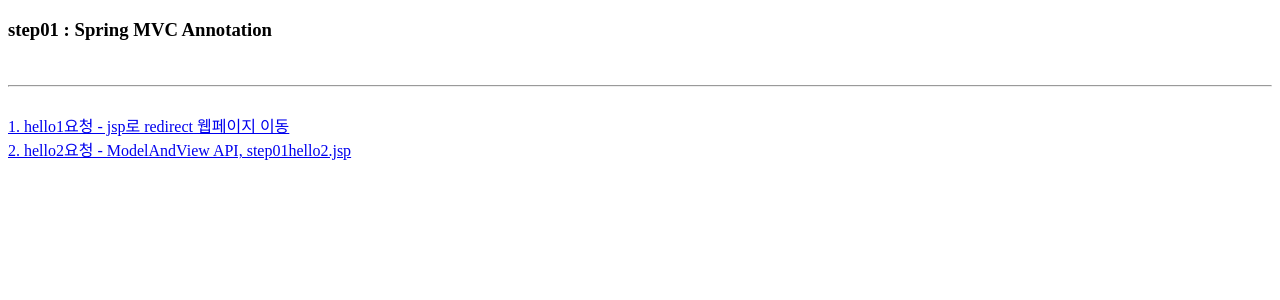
Repository: Encore-Playdata-Course/Spring
Page: step09_SpringMVC/WebContent/step01.html
These files come from the project's save history. The page is drawn as it stood at one moment and after a run of saves; the edit follows.
The browser window is 1280 px wide. The pictures show the whole page.

Above is the page before, as saved 2021-01-29 02:48:20.

After the next 2 saves:
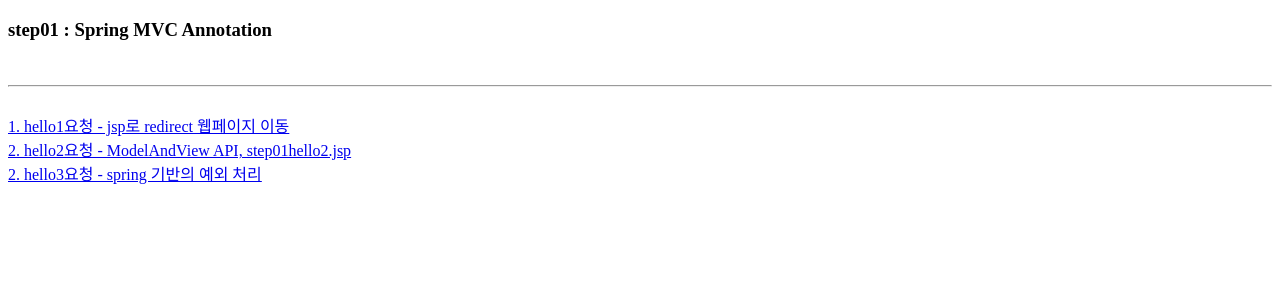
The 2 saves are shown as one change because they came seconds apart.
The last was saved 51 s later.
--- a/step09_SpringMVC/WebContent/step01.html
+++ b/step09_SpringMVC/WebContent/step01.html
@@ -17,6 +17,7 @@ a {
 	<br><hr><br>
 
 	<a href="hello1">1. hello1요청 - jsp로 redirect 웹페이지 이동</a> <br>
-	<a href="hello2">2. hello2요청 - ModelAndView API, step01hello2.jsp</a>
+	<a href="hello2">2. hello2요청 - ModelAndView API, step01hello2.jsp</a><br>
+	<a href="hello3">2. hello3요청 - spring 기반의 예외 처리</a><br>
 </body>
 </html>
